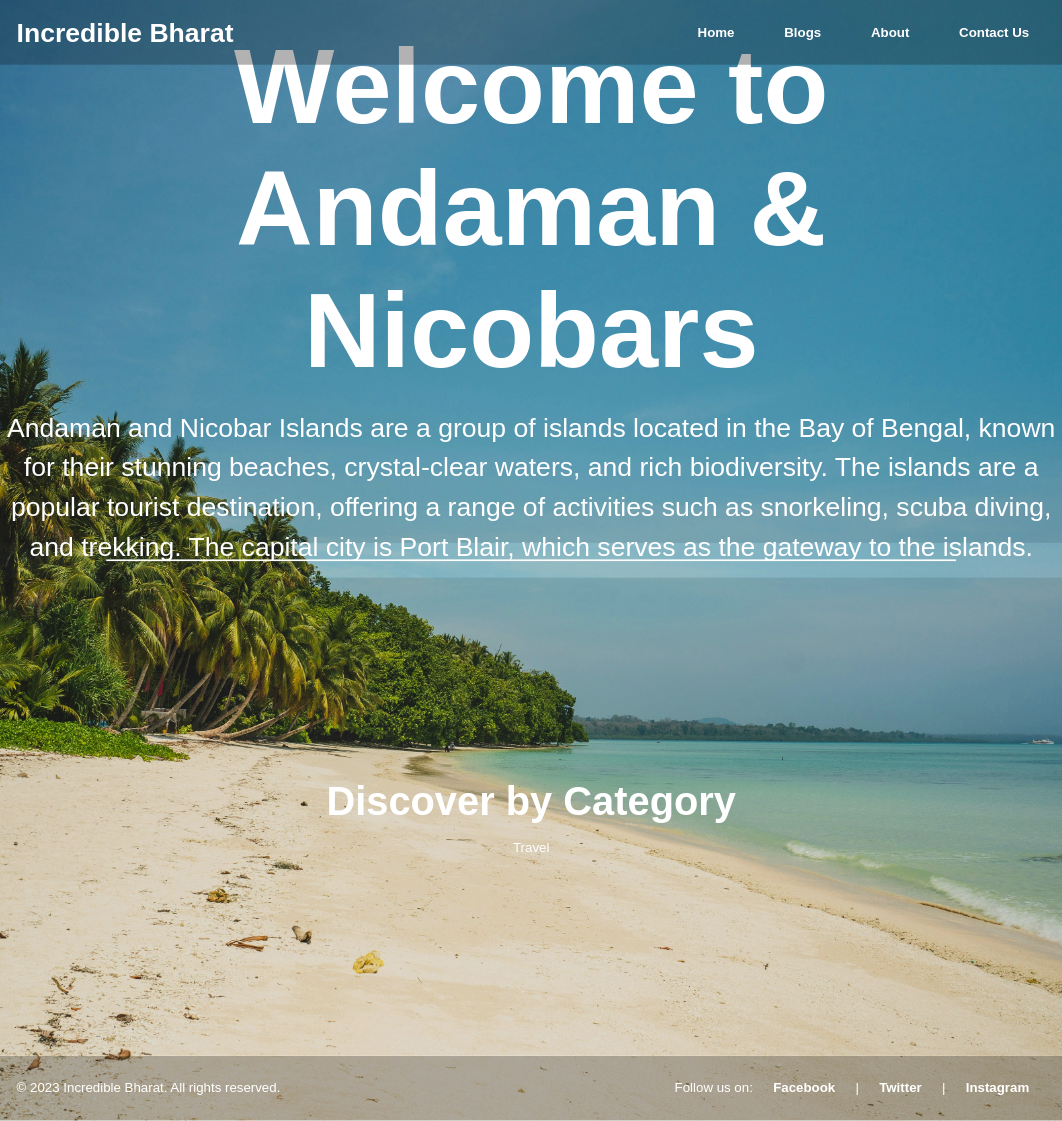
Repository: jaidhiman111/incrediblebharat
Page: destinations/Andaman&Nicobar.html
These files come from the project's save history. The page is drawn as it stood at one moment and after the next save; the edit follows.
The browser window is 1280 px wide. The pictures show the whole page, at 83% of full size.

Above is the page before, as saved 2025-04-30 23:23:13.

### destinations/Andaman&Nicobar.html
<!DOCTYPE html>
<html lang="en">

<head>
    <meta charset="UTF-8">
    <link rel="stylesheet" href="/assets/style.css">
    <meta name="viewport" content="width=device-width, initial-scale=1.0">
    <title>Document</title>
</head>

<body class="andaman-nicobar">
    <!-- This is the header of the page. -->
    <header class="header">
        <div class="logo">
            <h1>Incredible Bharat</h1>
        </div>
        <div class="nav">
            <nav>
                <ul>
                    <li>
                        <a href="/index.html">Home</a>
                        <a href="#">Blogs</a>
                        <a href="#">About</a>
                        <a href="#">Contact Us</a>
                    </li>
                </ul>
            </nav>
        </div>
    </header>
    <!-- This is the main content of the page. -->
    <main class="main-container">
        <section class="hero-section">
            <h2>Welcome to Andaman & Nicobars</h2>
            <p>Andaman and Nicobar Islands are a group of islands located in the Bay of Bengal, known for their stunning
                beaches, crystal-clear waters, and rich biodiversity. The islands are a popular tourist destination,
                offering a range of activities such as snorkeling, scuba diving, and trekking. The capital city is Port
                Blair, which serves as the gateway to the islands.</p>
        </section>
        <hr>
        <section class="state-section">
            <h2>Discover by Category</h2>
            <div class="travel">Travel</div>
        </section>
    </main>
    <!-- This is the footer of the page. -->
    <footer class="footer">
        <div>
            <p>&copy; 2023 Incredible Bharat. All rights reserved.</p>
        </div>
        <div>
            <p>Follow us on:
                <a href="#">Facebook</a> |
                <a href="#">Twitter</a> |
                <a href="#">Instagram</a>
        </div>
    </footer>
</body>

</html>

### assets/style.css
* {
    box-sizing: border-box;
    margin: 0;
    padding: 0;
}

.home {
    font-family: Arial, sans-serif;
    background-image: url('/media/bg-cover.jpg');
    background-size: cover;
    background-repeat: no-repeat;
    background-position: center;
    color: #fff;
}

.andaman-nicobar {
    font-family: Arial, sans-serif;
    background-image: url('/media/andaman.jpg');
    background-size: cover;
    background-repeat: no-repeat;
    background-position: center;
    color: #fff;
}


/* This is for header */
.header {
    background-color: rgba(0, 0, 0, 0.3);
    display: flex;
    justify-content: space-between;
    align-items: center;
    padding: 20px;
    position: sticky;
    top: 0;
    text-align: center;
}

li {
    list-style: none;
    display: flex;
    gap: 20px;
}

li a {
    padding: 10px 20px;
    border-radius: 5px;
    text-decoration: none;
    color: #fff;
    font-weight: bold;
}

li a:hover {
    color: #fff;
    transform: scale(1.1);}

/* This is for section */
section{
    background-color: rgba(0, 0, 0, 0.1);
}

.hero-section {
    display: flex;
    flex-direction: column;    /* stack items vertically */
    justify-content: center;   /* center vertically */
    align-items: center;       /* center horizontally */
    height: 80vh;
    text-align: center;
}

.hero-section h2 {
    font-size: 8rem;
    margin-bottom: 20px;
}

.hero-section p{
    font-size: 2rem;
    margin-bottom: 20px;
    max-width: 100rem;         /* limit the width of the paragraph */
    line-height: 1.5;        /* improve readability */
}

.hero-section a {
    text-decoration: none;
    color: #fff;
    font-size: 1.5rem;
    margin-bottom: 20px;
}

.hero-section a:hover {
    color: #fff;
    text-decoration: underline;
    transform: scale(1.1);
    transition: transform 0.3s ease-in-out;
}

hr {
    width: 80%;
    margin: 20px auto;
    border: 1px solid #fff;
}

.state-section {
    display: flex;
    flex-direction: column;    /* stack items vertically */
    justify-content: center;
    align-items: center;
    height: 80vh;
    text-align: center;
}

.state-section h2 {
    font-size: 3rem;
    margin-bottom: 20px;
}

.state-button {
    padding: 30px;
    max-width: 100rem;
    margin: 0 auto;
  }

  .state-button button {
    background-color: rgba(0, 0, 0, 0.4);  /* Soft blue */
    border: none;
    border-radius: 8px;
    margin: 10px ;
    padding: 12px 20px;
    cursor: pointer;
    transition: background-color 0.3s ease;
    font-size: 16px;
    font-weight: 500;
  }

  .state-button button a {
    color: #ffffff;
    text-decoration: none;
    display: block;
    width: 100%;
    height: 100%;
  }

  .state-button button:hover {
    background-color: rgba(0, 0, 0, 0.7); /* Darker blue on hover */
    transform: scale(1.1); /* Slightly enlarge the button on hover */
    transition: transform 0.3s ease-in-out;
  }

  /* This is for footer */

.footer {
    background-color: rgba(0, 0, 0, 0.3);
    display: flex;
    justify-content: space-between;
    align-items: center;
    padding: 20px;
    position: relative;
    bottom: 0;
    text-align: center;
}

.footer li {
    list-style: none;
    display: flex;
    gap: 20px;
}

.footer a {
    display: inline-block;
    padding: 10px 20px;
    border-radius: 5px;
    text-decoration: none;
    color: #fff;
    font-weight: bold;
}
.footer a:hover {
    color: #fff;
    transform: scale(1.1);

}

/* This is for media queries */
/* --- Andaman & Nicobar Page Enhancements --- */

After the next save:
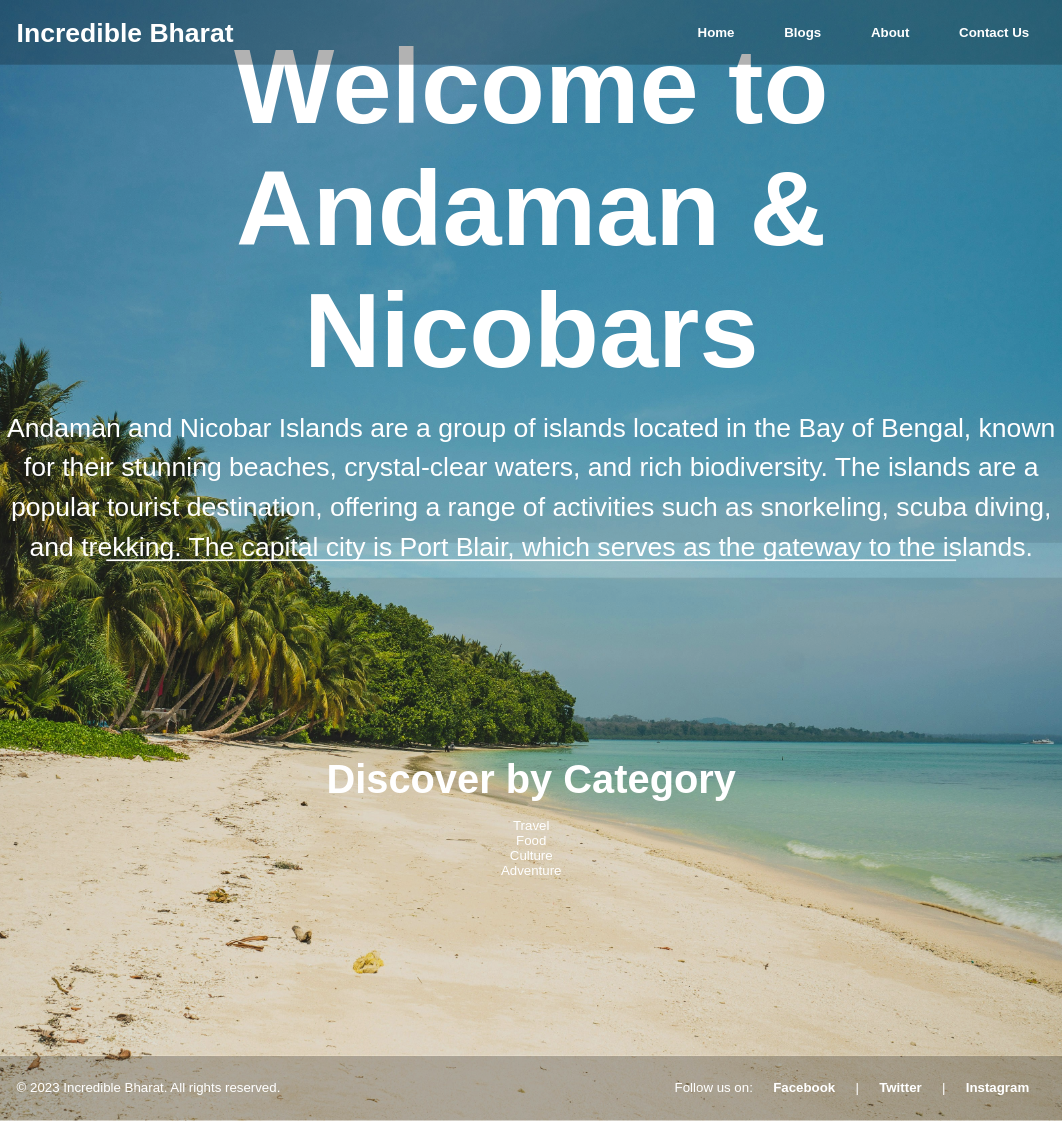
Saved 35 s later.
--- a/destinations/Andaman&Nicobar.html
+++ b/destinations/Andaman&Nicobar.html
@@ -40,6 +40,10 @@
         <section class="state-section">
             <h2>Discover by Category</h2>
             <div class="travel">Travel</div>
+            <div class="food">Food</div>
+            <div class="culture">Culture</div>
+            <div class="adventure">Adventure</div>
+
         </section>
     </main>
     <!-- This is the footer of the page. -->
